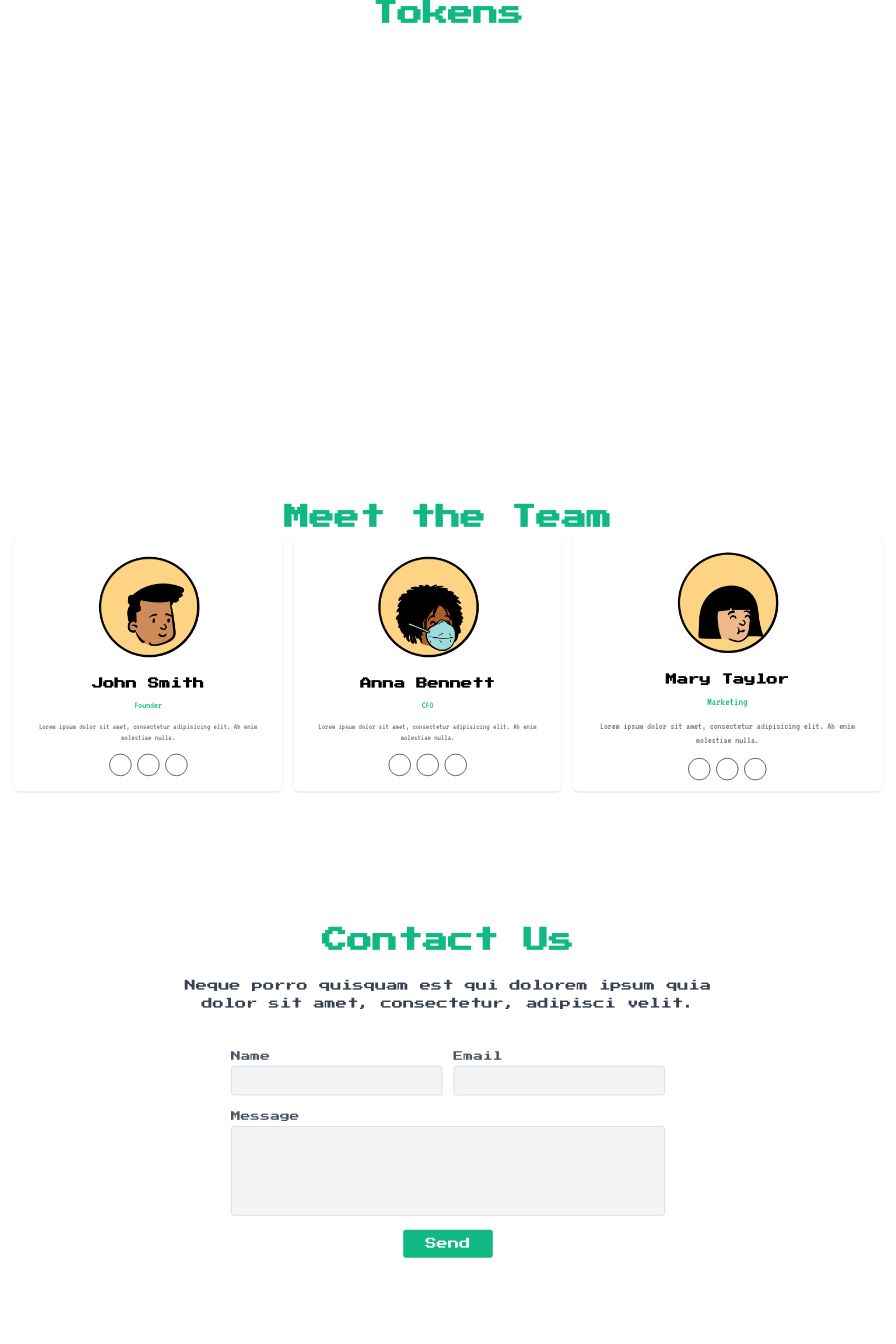
Repository: rhinorphan/phat-landing-page
Page: /
An editor plug-in stored every save of this project. The page is shown before and after the next save, followed by the edit.
The browser window is 1280 px wide. The pictures show the part of the page from y = 2054 to 3974 px (the page is 4148 px tall), at 70% of full size.
The project was rebuilt for these pictures with package versions that can differ from the ones it lists, and the page was loaded fresh each time. Also part of the build but not shown: craco.config.js.

Above is the page before, as saved 2021-11-17 23:10:52.

After the next save:
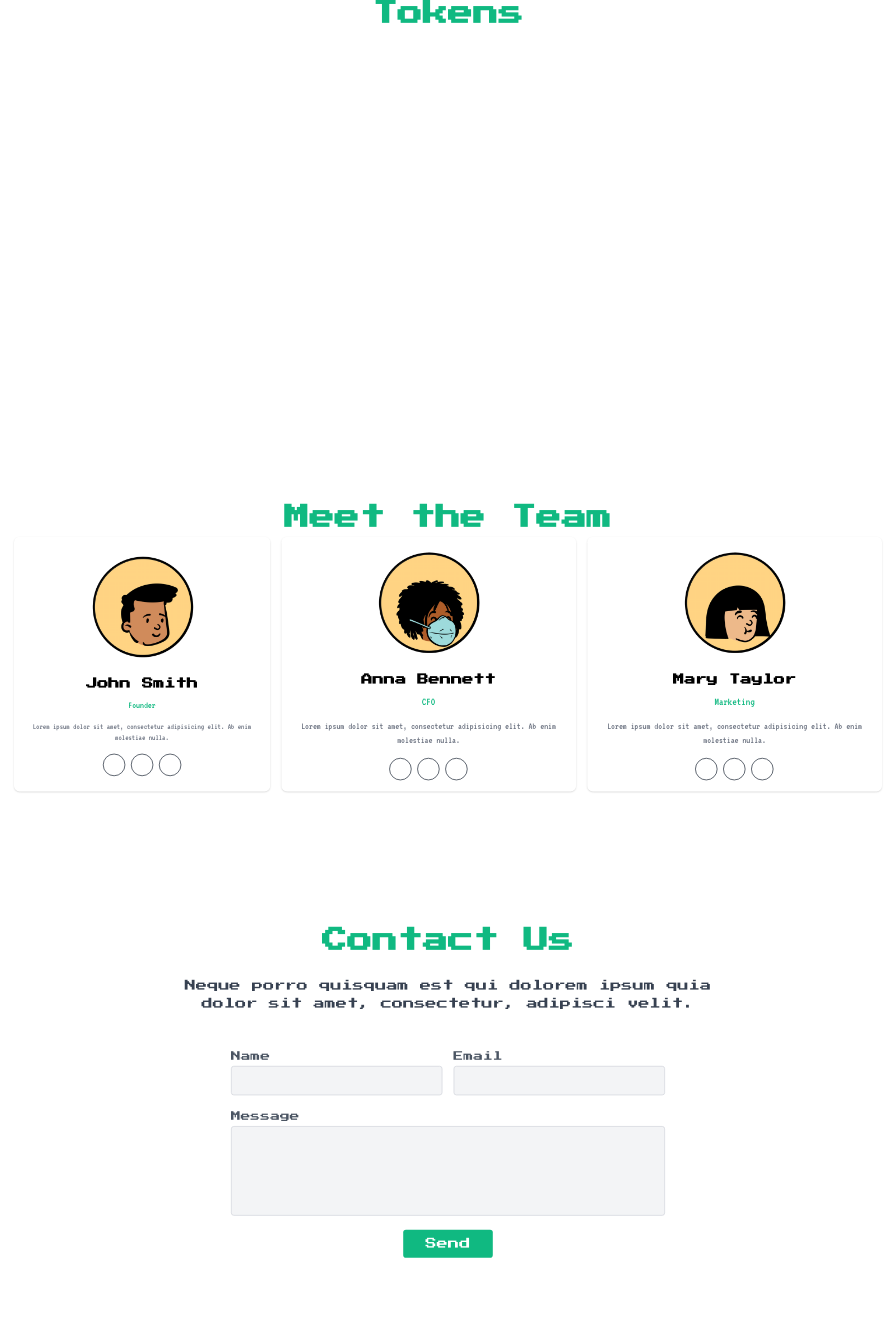
Saved 17 s later.
--- a/src/components/About.js
+++ b/src/components/About.js
@@ -51,9 +51,9 @@ function About() {
 				</div>
 
 				<h2 class="mt-4 font-bold text-l">Anna Bennett</h2>
-				<h6 class="mt-2 text-sm font-medium text-green-500 normalText">CFO</h6>
+				<h6 class="mt-2 text-md font-medium text-green-500 normalText">CFO</h6>
 
-				<p class="text-xs text-gray-500 text-center mt-3 normalText">
+				<p class="text-sm text-gray-500 text-center mt-3 normalText">
 					Lorem ipsum dolor sit amet, consectetur adipisicing elit. Ab enim molestiae nulla.
 				</p>
 
